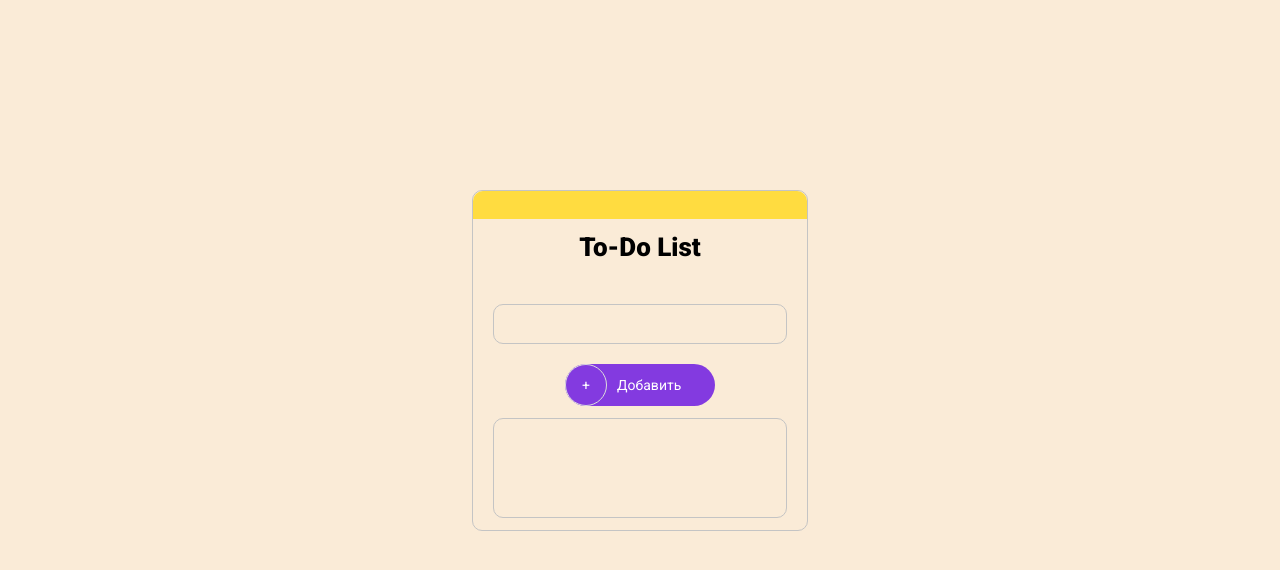
Repository: NatiqSamiyev/To-do-List-js
Page: insex.html
These files come from the project's save history. The page is drawn as it stood at one moment and after the next save; the edit follows.
The browser window is 1280 px wide. The pictures show the whole page.
Some web fonts or font styles are not loaded; a fallback is used.

Above is the page before, as saved 2023-10-31 12:05:31.

After the next save:
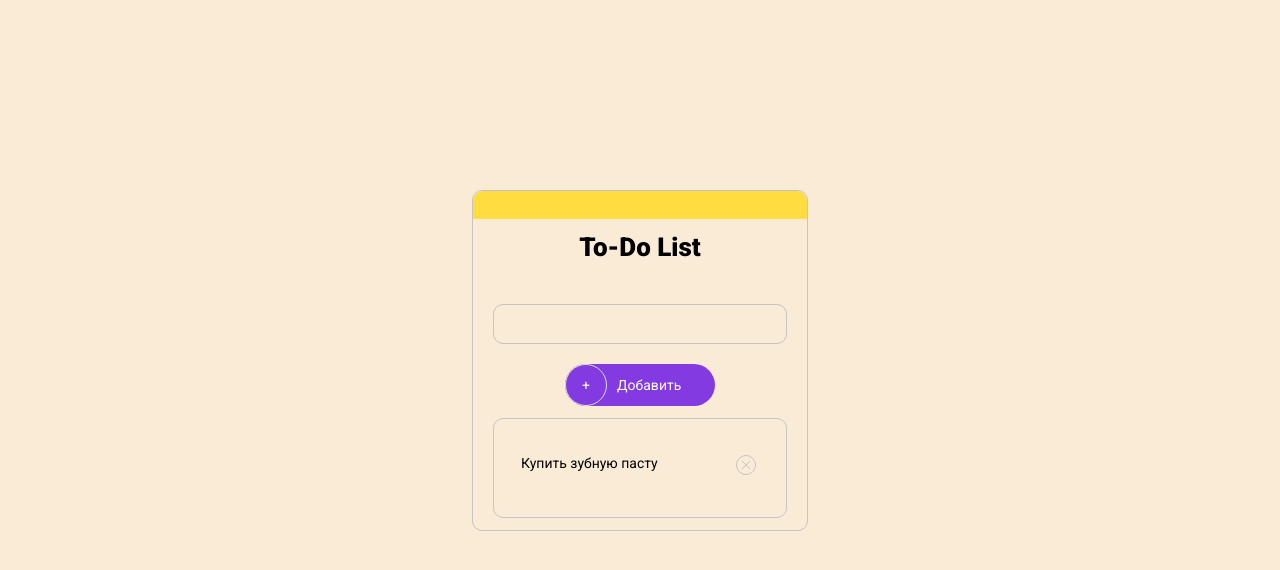
Saved 27 s later.
--- a/insex.html
+++ b/insex.html
@@ -23,7 +23,13 @@
                   <p>Добавить</p>
                 </button>
               </form>
-              <ul></ul>
+              <ul>
+
+    <li>
+        <h3>Купить зубную пасту</h3>
+        <img src="./image/Group 56.svg" alt="">
+       </li>
+              </ul>
         </main>
 
       </div>
